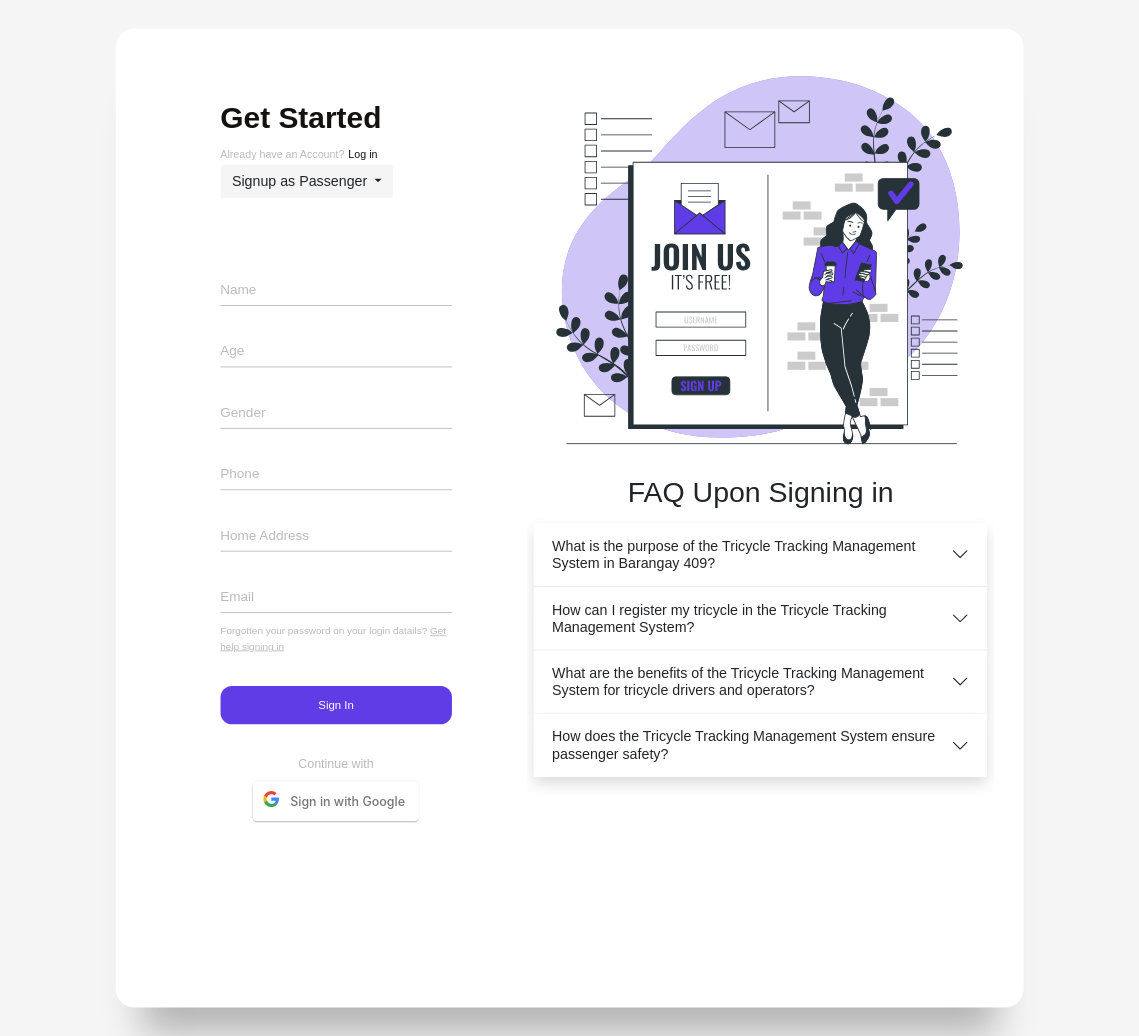
Repository: adrcstro/plate-to-place
Page: http://localhost/Loginsystem/Passenger.php
An editor plug-in stored every save of this project. The page is shown before and after the next save, followed by the edit.
The browser window is 1280 px wide. The pictures show the whole page, at 89% of full size.
Some web fonts or font styles are not loaded; a fallback is used. Some web libraries are served in a nearby version. The page is run by PHP 8.4 with error messages shown; the project is at /var/www/html/.

Above is the page before, as saved 2023-10-31 12:50:51.

### Loginsystem/Passenger.php
<!DOCTYPE html>
<html lang="en">
<head>
    <meta charset="UTF-8">
    <meta name="viewport" content="width=device-width, initial-scale=1.0">
    <link rel="shortcut icon" type="x-icon" href="../images/webicon.png">
    <link rel="stylesheet" href="../css/bootstrap.min.css">
    <link rel="stylesheet" href="https://cdnjs.cloudflare.com/ajax/libs/font-awesome/6.3.0/css/all.min.css" integrity="sha512-SzlrxWUlpfuzQ+pcUCosxcglQRNAq/DZjVsC0lE40xsADsfeQoEypE+enwcOiGjk/bSuGGKHEyjSoQ1zVisanQ==" crossorigin="anonymous" referrerpolicy="no-referrer"/>
    <link rel="stylesheet" href="passenger.css">

    <title>Brangay409-3WHeel-Tracking-System</title>
</head>

<body>

<main>
      <div class="box">
        <div class="inner-box">
          <div class="forms-wrap">
            <form action="index.html" autocomplete="off" class="sign-in-form">

<script>
    function changeLoginType(type) {
        document.getElementById('loginDropdown').innerText = 'Login as ' + type;
    }
</script>
              <div class="heading">
                <h2>Get Started</h2>
                <h6>Already have an Account?</h6>
                <a href="#" class="toggle" data-target="img-2">Log in</a>
              </div>
              <div class="dropdown">
    <button class="btn dropdown-toggle" type="button" data-bs-toggle="dropdown" aria-expanded="false" id="loginDropdown">
        Signup as Passenger
    </button>
    <ul class="dropdown-menu">
        <li><a class="dropdown-item" href="Passenger.php" onclick="changeLoginType('Passenger')">Passenger</a></li>
        <li><a class="dropdown-item" href="Driverlogin.php" onclick="changeLoginType('Driver')">Driver</a></li>

    </ul>
</div>
<div class="formsignin">



              <div class="actual-form">
                <div class="input-wrap">
                  <input
                    type="text"
                    minlength="4"
                    class="input-field"
                    autocomplete="off"
                    required
                  />
                  <label>Name</label>
                </div>

                <div class="input-wrap">
                  <input
                    type="password"
                    minlength="4"
                    class="input-field"
                    autocomplete="off"
                    required
                  />
                  <label>Age</label>
                </div>

                <div class="input-wrap">
                  <input
                    type="text"
                    minlength="4"
                    class="input-field"
                    autocomplete="off"
                    required
                  />
                  <label>Gender</label>
                </div>

                <div class="input-wrap">
                  <input
                    type="text"
                    minlength="4"
                    class="input-field"
                    autocomplete="off"
                    required
                  />
                  <label>Phone</label>
                </div>
                <div class="input-wrap">
                  <input
                    type="text"
                    minlength="4"
                    class="input-field"
                    autocomplete="off"
                    required
                  />
                  <label>Home Address</label>
                </div>

                <div class="input-wrap">
                  <input
                    type="text"
                    minlength="4"
                    class="input-field"
                    autocomplete="off"
                    required
                  />
                  <label>Email</label>
                </div>

                <p class="text">
                  Forgotten your password on your login datails?

                  <a href="Forgotpassword.php" data-target="img-2">Get help signing in</a>
                </p>
                <input type="submit" value="Sign In" class="sign-btn" />
                <h5 id="textcon">Continue with</h5>
                <button type="button" class="login-with-google-btn" >
                Sign in with Google
                 </button>
              </div>
              </div>
            </form>


          </div>
          <div class="carousel">
  <div class="images-wrapper">
    <img src="../images/Signup.svg" class="image img-2 show" alt="" />
  </div>

  <div class="col-md-12">
         <h2 class="mt-2 text-center" id="FAQ">FAQ Upon Signing in</h2>
         <div class="accordion accordion-flush p-2" id="accordionFlushExample">
          <div class="accordion-item bg-white shadow">
            <h2 class="accordion-header">
              <button class="accordion-button collapsed" type="button" data-bs-toggle="collapse" data-bs-target="#flush-collapseOne" aria-expanded="false" aria-controls="flush-collapseOne">
                What is the purpose of the Tricycle Tracking Management System in Barangay 409?
              </button>
            </h2>
            <div id="flush-collapseOne" class="accordion-collapse collapse" data-bs-parent="#accordionFlushExample">
              <div class="accordion-body">The Tricycle Tracking Management System aims to streamline tricycle operations and ensure passenger safety and efficient transportation services within the barangay.</div>
            </div>
          </div>
          <div class="accordion-item shadow">
            <h2 class="accordion-header">
              <button class="accordion-button collapsed" type="button" data-bs-toggle="collapse" data-bs-target="#flush-collapseTwo" aria-expanded="false" aria-controls="flush-collapseTwo">
                How can I register my tricycle in the Tricycle Tracking Management System?
              </button>
            </h2>
            <div id="flush-collapseTwo" class="accordion-collapse collapse" data-bs-parent="#accordionFlushExample">
              <div class="accordion-body">To register your tricycle, visit the barangay office and submit the required documents, including the tricycle's registration papers, driver's license, and other necessary permits.</div>
            </div>
          </div>
          <div class="accordion-item shadow">
            <h2 class="accordion-header">
              <button class="accordion-button collapsed" type="button" data-bs-toggle="collapse" data-bs-target="#flush-collapseThree" aria-expanded="false" aria-controls="flush-collapseThree">
                What are the benefits of the Tricycle Tracking Management System for tricycle drivers and operators?
              </button>
            </h2>
            <div id="flush-collapseThree" class="accordion-collapse collapse" data-bs-parent="#accordionFlushExample">
              <div class="accordion-body">The system provides improved transparency in fare collection, enhances security measures for both drivers and passengers, and facilitates better route planning, leading to increased efficiency and profitability for tricycle operators.
              </div>
            </div>
          </div>

          <div class="accordion-item shadow">
            <h2 class="accordion-header">
              <button class="accordion-button collapsed" type="button" data-bs-toggle="collapse" data-bs-target="#flush-collapseFour" aria-expanded="false" aria-controls="flush-collapseFour">
                How does the Tricycle Tracking Management System ensure passenger safety?
              </button>
            </h2>
            <div id="flush-collapseFour" class="accordion-collapse collapse" data-bs-parent="#accordionFlushExample">
              <div class="accordion-body">The system integrates safety measures such as  Report Management, Legal Action Provider, and driver identification features, which enable swift responses to any emergency situations during tricycle rides.</div>
            </div>
          </div>



        </div>
         </div>


</div>
        </div>
      </div>
    </main>



</body>
<script src="../js/bootstrap.bundle.js"></script>
    <script src="login.js"></script>

</html>

### Loginsystem/passenger.css
@import url("https://fonts.googleapis.com/css2?family=Poppins:wght@200;300;400;500;600;700;800&display=swap");
@import url('https://fonts.googleapis.com/css2?family=Advent+Pro:wght@200&display=swap');
@import url('https://fonts.googleapis.com/css2?family=Advent+Pro:wght@200&family=Montserrat+Alternates&display=swap');
@import url('http://fonts.googleapis.com/css?family=Open+Sans:400,700');
*,
*::before,
*::after {
  padding: 0;
  margin: 0;
  box-sizing: border-box;
}
#textcon{
  padding: 4px;
  text-align: center;
  color: #bababa;
  font-size: 14px;
}
.login-with-google-btn {
  transition: background-color .3s, box-shadow .3s;
  padding: 12px 16px 12px 42px;
  border: none;
  border-radius: 5px;
  box-shadow: 0 -1px 0 rgba(0, 0, 0, .04), 0 1px 1px rgba(0, 0, 0, .25);
  display: block;
    margin: auto;
  color: #757575;
  font-size: 14px;
  font-weight: 500;
  font-family: -apple-system,BlinkMacSystemFont,"Segoe UI",Roboto,Oxygen,Ubuntu,Cantarell,"Fira Sans","Droid Sans","Helvetica Neue",sans-serif;

  background-image: url(data:[embedded picture, 822 characters]);
  background-color: white;
  background-repeat: no-repeat;
  background-position: 12px 11px;

  &:hover {
    background-color: #f3f3f3b6;
  }

  &:active {
    background-color: #eeeeee;
  }
}
  &:focus {
    outline: none;
    box-shadow:
      0 -1px 0 rgba(0, 0, 0, .04),
      0 2px 4px rgba(0, 0, 0, .25),
      0 0 0 3px #c8dafc;
  }

.logo {
  text-align: center;
}
.logo br {
  font-size: 1px; /* Adjust the font size as per your requirement */
}
body,
input {
  font-family: 'Montserrat Alternates', sans-serif;

}
#loginDropdown{
  background-color: whitesmoke;
}

main {
  width: 100%;
  min-height: 100vh;
  overflow: hidden;
  background-color: whitesmoke;
  padding: 2rem;
  display: flex;
  align-items: center;
  justify-content: center;
}

.box {
  position: relative;
  width: 100%;
  max-width: 1020px;
  height: 1100px;
  background-color: #fff;
  border-radius: 1.3rem;
  box-shadow: 0 60px 40px -30px rgba(0, 0, 0, 0.27);
}

.inner-box {
  position: absolute;
  width: calc(100% - 4.1rem);
  height: calc(100% - 4.1rem);
  top: 50%;
  left: 50%;
  transform: translate(-50%, -50%);
}

.forms-wrap {
  position: absolute;
  height: 100%;
  width: 45%;
  top: 0;
  left: 0;
  display: grid;
  grid-template-columns: 1fr;
  grid-template-rows: 1fr;
  transition: 0.8s ease-in-out;
}

form {
  max-width: 260px;
  width: 100%;
  margin: 0 auto;
  height: 100%;
  display: flex;
  flex-direction: column;
  justify-content: space-evenly;
  grid-column: 1 / 2;
  grid-row: 1 / 2;
  transition: opacity 0.02s 0.4s;
  border: #aaa;
}

form.sign-up-form {
  opacity: 0;
  pointer-events: none;

}

.logo {
  display: flex;
  align-items: center;
}


.logo h4 {
  font-size: 1.1rem;
  margin-top: -9px;
  letter-spacing: -0.5px;
  color: #151111;
}

.heading h2 {
  font-size: 2.1rem;
  font-weight: 600;
  color: #151111;
}

.heading h6 {
  color: #bababa;
  font-weight: 400;
  font-size: 0.75rem;
  display: inline;
}

.toggle {
  color: #151111;
  text-decoration: none;
  font-size: 0.75rem;
  font-weight: 500;
  transition: 0.3s;
}

.toggle:hover {
  color: #8371fd;
}

.input-wrap {
  position: relative;
  height: 37px;
  margin-bottom: 2rem;
}

.input-field {
  position: absolute;
  width: 100%;
  height: 100%;
  background: none;
  border: none;
  outline: none;
  border-bottom: 1px solid #bbb;
  padding: 0;
  font-size: 0.95rem;
  color: #151111;
  transition: 0.4s;
}

label {
  position: absolute;
  left: 0;
  top: 50%;
  transform: translateY(-50%);
  font-size: 0.95rem;
  color: #bbb;
  pointer-events: none;
  transition: 0.4s;
}

.input-field.active {
  border-bottom-color: #151111;
}

.input-field.active + label {
  font-size: 0.75rem;
  top: -2px;
}
.logtext{
  margin-top: -1rem;
}
.sign-btn {
  display: inline-block;
  width: 100%;
  height: 43px;
  background-color: #603ce6;
  color: #fff;
  border: none;
  cursor: pointer;
  border-radius: 0.8rem;
  font-size: 0.8rem;
  margin-bottom: 2rem;
  transition: 0.3s;
}
.show {
  display: block;
}

.FAQESTION{
  margin-top: -3rem;
}



.hide {
  display: none;
}

.sign-btn:hover {
  background-color: #6a5cc4;
}

.text {
  color: #bbb;
  font-size: 0.7rem;
  transform: translateY(-20px);
}

.text a {
  color: #bbb;
  transition: 0.3s;

}




.text a:hover {
  color: #8371fd;
}

main.sign-up-mode form.sign-in-form {
  opacity: 0;
  pointer-events: none;
}

main.sign-up-mode form.sign-up-form {
  opacity: 1;
  pointer-events: all;
}

main.sign-up-mode .forms-wrap {
  left: 55%;
}

main.sign-up-mode .carousel {
  left: 0%;
}

.carousel {
  position: absolute;
  height: 100%;
  width: 55%;
  left: 45%;
  top: 0;
  background-color: white;
  border-radius: 2rem;
  display: grid;
  grid-template-rows: auto 1fr;
  padding-bottom: 2rem;
  overflow: hidden;
  transition: 0.8s ease-in-out;
}

.images-wrapper {
  display: grid;
  grid-template-columns: 1fr;
  grid-template-rows: 1fr;
}
.hide {
  display: none;
}
.image {
  width: 100%;
 height: 90%;
  grid-column: 1/2;
  grid-row: 1/2;
  opacity: 0;
  transition: opacity 0.3s, transform 0.5s;
}

.img-1 {
  transform: translate(0, -50px);
}

.img-2 {
  transform: scale(0.4, 0.5);
}

.img-3 {
  transform: scale(0.3) rotate(-20deg);
}

.image.show {
  opacity: 1;
  transform: none;
}

.text-slider {
  display: flex;
  align-items: center;
  justify-content: center;
  flex-direction: column;
margin-top: -4rem;

}

.text-wrap {
  max-height: 3.1rem;
  overflow: hidden;
  margin-bottom: 2.3rem;
}

.text-group {
  display: flex;
  flex-direction: column;
  text-align: center;
  transform: translateY(0);
  transition: 0.5s;
}

.text-group h2 {
  line-height: 2.2rem;
  font-weight: 600;
  font-size: 1.6rem;
}

.bullets {
  display: flex;
  align-items: center;
  justify-content: center;
  margin-top: -2.4rem;
}

.bullets span {
  display: block;
  width: 0.5rem;
  height: 0.5rem;
  background-color: #aaa;
  margin: 0 0.25rem;
  border-radius: 50%;
  cursor: pointer;
  transition: 0.3s;
}
.dropdown{
  margin-top: -7rem;
}
.actual-form{
  margin-top: -6rem;
}
.bullets span.active {
  width: 1.1rem;
  background-color: #151111;
  border-radius: 1rem;
}
.actual-form{
  margin-top: 20px;
  }
  .col-md-12{
    margin-top: -4rem;
  }

  .sign-in-form{
    margin-top: -4rem;
  }
.formsignin{
  margin-top: -3rem;
}

@media (max-width: 850px) {
  .box {
    height: auto;
    max-width: 550px;
    overflow: hidden;
  }

  .inner-box {
    position: static;
    transform: none;
    width: revert;
    height: revert;
    padding: 2rem;
  }

  .forms-wrap {
    position: revert;
    width: 100%;
    height: auto;
  }

  form {
    max-width: revert;
    padding: 1.5rem 2.5rem 2rem;
    transition: transform 0.8s ease-in-out, opacity 0.45s linear;
  }

  .heading {
    margin: 2rem 0;
  }

  form.sign-up-form {
    transform: translateX(100%);
  }

  main.sign-up-mode form.sign-in-form {
    transform: translateX(-100%);
  }

  main.sign-up-mode form.sign-up-form {
    transform: translateX(0%);
  }

  .carousel {
    position: revert;
    height: auto;
    width: 100%;
    padding: 3rem 2rem;
    display: flex;
  }

  .images-wrapper {
    display: none;
  }

  .text-slider {
    width: 100%;
  }

  .text-slider{
    margin-top: 3rem;
}
.actual-form{
margin-top: 2rem;
}
.col-md-12{
  margin-top: -3rem;
}
.dropdown{
  margin-top: -1rem;
}
.sign-in-form{
  margin-top: -1rem;
}

.formsignin{
  margin-top: 1rem;
}


}

@media (max-width: 528px) {
  main {
    padding: 1rem;
  }

  .box {
    border-radius: 2rem;
  }

  .inner-box {
    padding: 1rem;
  }

  .carousel {
    padding: 1.5rem 1rem;
    border-radius: 1.6rem;
  }

  .text-wrap {
    margin-bottom: 1rem;
  }

  .text-group h2 {
    font-size: 1.2rem;
  }

  form {
    padding: 1rem 2rem 1.5rem;
  }

  .bullets{
    margin-top: -1rem;
}
.col-md-12{
  margin-top: 1rem;
}


}








@media (max-width: 390px) {
    .text-slider{
        margin-top: 2rem;
    }

}

### Loginsystem/login.js
const inputs = document.querySelectorAll(".input-field");
const toggle_btn = document.querySelectorAll(".toggle");
const main = document.querySelector("main");
const bullets = document.querySelectorAll(".bullets span");
const images = document.querySelectorAll(".image");

inputs.forEach((inp) => {
  inp.addEventListener("focus", () => {
    inp.classList.add("active");
  });
  inp.addEventListener("blur", () => {
    if (inp.value != "") return;
    inp.classList.remove("active");
  });
});

toggle_btn.forEach((btn) => {
  btn.addEventListener("click", () => {
    main.classList.toggle("sign-up-mode");
  });
});

function moveSlider() {
  let index = this.dataset.value;

  let currentImage = document.querySelector(`.img-${index}`);
  images.forEach((img) => img.classList.remove("show"));
  currentImage.classList.add("show");

  const textSlider = document.querySelector(".text-group");
  textSlider.style.transform = `translateY(${-(index - 1) * 2.2}rem)`;

  bullets.forEach((bull) => bull.classList.remove("active"));
  this.classList.add("active");
}

bullets.forEach((bullet) => {
  bullet.addEventListener("click", moveSlider);
});

document.addEventListener('DOMContentLoaded', function () {
  const toggleLinks = document.querySelectorAll('.toggle');
  toggleLinks.forEach(function(toggleLink) {
    toggleLink.addEventListener('click', function (event) {
      event.preventDefault();
      const targetId = toggleLink.getAttribute('data-target');
      const textSlider = document.querySelector('.text-group');
      if (targetId === 'img-1') {
        const targetText = 'Get Started';
        textSlider.innerHTML = `<h2>${targetText}</h2>`;
      } else if (targetId === 'img-2') {
        const targetText = 'Join us';
        textSlider.innerHTML = `<h2>${targetText}</h2>`;
      }
    });
  });
});

Loaded but not shown: css/bootstrap.min.css (library); js/bootstrap.bundle.js (library); Images/Signup.svg (1 lines, source omitted)

After the next save:
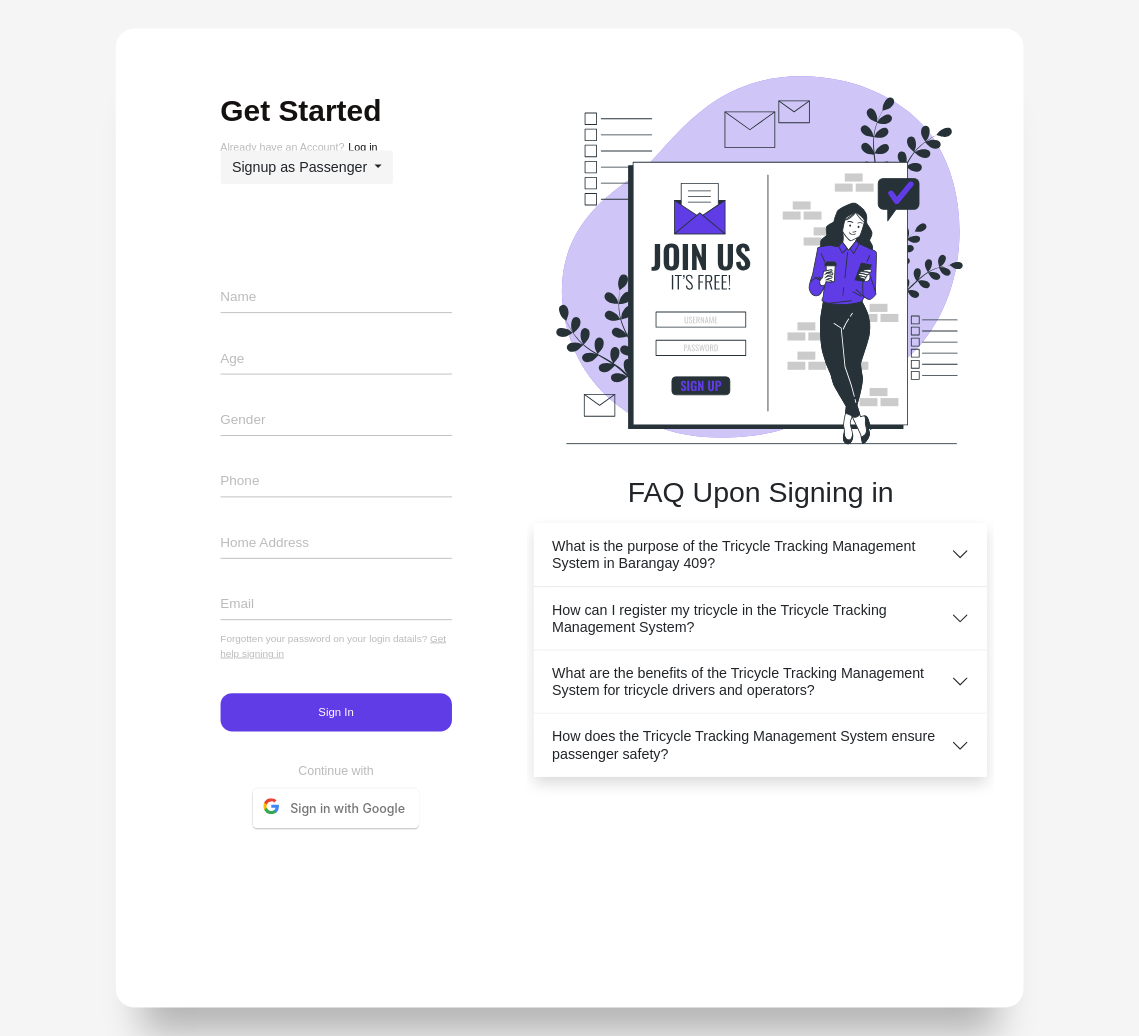
Saved 9 s later.
--- a/Loginsystem/passenger.css
+++ b/Loginsystem/passenger.css
@@ -391,7 +391,7 @@ margin-top: -4rem;
     margin-top: -4rem;
   }
 .formsignin{
-  margin-top: -3rem;
+  margin-top: -1rem;
 }
 
 @media (max-width: 850px) {
